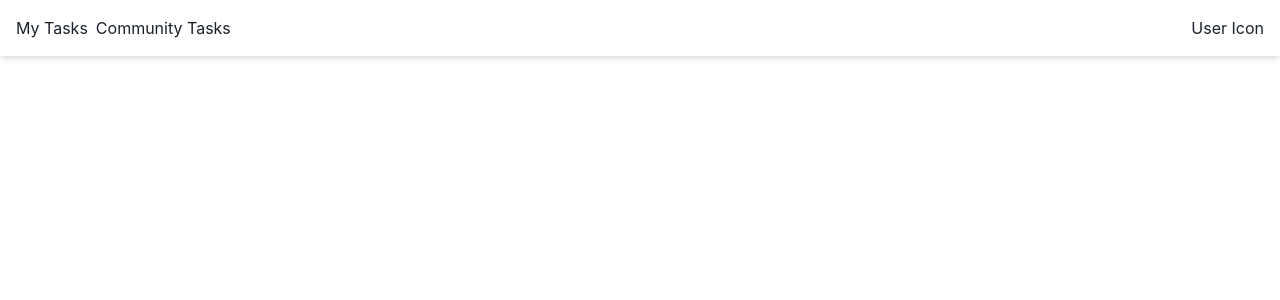
Repository: vbmn-cin-ufpe/todolist-front
Page: /home
The author's editor kept a copy of each file at every save. The page is drawn from the files as they stood at one save, then again after the next save.
The browser window is 1280 px wide. The pictures show the whole page.
The page's requests for data from a server got no answer. The project was rebuilt for these pictures with package versions that can differ from the ones it lists, and the page was loaded fresh each time. No one was signed in, and anything a server would have sent is missing. Also part of the build but not shown: vite.config.ts, src/pages/LoginPage.tsx, src/pages/RegisterPage.tsx.

Above is the page before, as saved 2024-07-23 03:46:14.

### src/main.tsx
import React from 'react'
import ReactDOM from 'react-dom/client'
import App from './App.tsx'
import { ChakraProvider } from '@chakra-ui/react';

ReactDOM.createRoot(document.getElementById('root')!).render(
  <React.StrictMode>
    <ChakraProvider>
      <App />
    </ChakraProvider>
  </React.StrictMode>,
)

### src/App.tsx

import { useState } from 'react';
import { BrowserRouter as Router, Route, Routes } from 'react-router-dom';
import LoginPage from './pages/LoginPage';
import RegisterPage from './pages/RegisterPage';
import HomePage from './pages/HomePage';


function App() {
  const [page, setPage] = useState('login');

  return (
    <>
      <Router>
      <Routes>
        <Route path="/" element={page === 'login' ? <LoginPage setPage={setPage} /> : <RegisterPage setPage={setPage} />} />
        <Route path="/home" element={<HomePage setPage={setPage} />} />
      </Routes>
    </Router>
    </>
  )
}

export default App

### src/pages/HomePage.tsx
import { useState, useEffect } from 'react';
import { Box, Button, VStack, HStack, Text, useToast, Spinner } from '@chakra-ui/react';
import axios from 'axios';


interface Task {
    id: string;
    name: string;
    description?: string;
    completed: boolean;
    priority: string;
    user: {
      id: string;
      email: string;
      name: string;
      password: string;
      createdAt: string;
      updatedAt: string;
    };
    completionDate?: Date;
    createdAt: string;
    updatedAt: string;
}


interface HomePageProps {
    setPage: (page: string) => void;
  }

const HomePage: React.FC<HomePageProps> = ({ setPage }) => {
    const [tasks, setTasks] = useState<Task[]>([]);
    const [loading, setLoading] = useState(true);
    const toast = useToast();

  const fetchTasks = async () => {
    try {
      const response = await axios.get('/api/tasks');
      setTasks(response.data);
      setLoading(false);
    } catch (error) {
      toast({ title: 'Failed to fetch tasks', status: 'error' });
      setLoading(false);
    }
  };

  useEffect(() => {
    fetchTasks();
  }, []);

  const handleComplete = async (taskId:string) => {
    try {
      await axios.patch(`/api/tasks/${taskId}/complete`);
      toast({ title: 'Task completed', status: 'success' });
      fetchTasks();
    } catch (error) {
      toast({ title: 'Failed to complete task', status: 'error' });
    }
  };

  const handleDelete = async (taskId:string) => {
    try {
      await axios.delete(`/api/tasks/${taskId}`);
      toast({ title: 'Task deleted', status: 'success' });
      fetchTasks();
    } catch (error) {
      toast({ title: 'Failed to delete task', status: 'error' });
    }
  };

  if (loading) {
    return <Spinner />;
  }

  return (
    <Box>
      <HStack justifyContent="space-between" p="4" boxShadow="md">
        <HStack>
          <Text cursor="pointer" onClick={() => fetchTasks()}>My Tasks</Text>
          <Text cursor="pointer" onClick={() => toast({ title: 'Community tasks not implemented', status: 'info' })}>Community Tasks</Text>
        </HStack>
        <Text>User Icon</Text>
      </HStack>
      <VStack spacing="4" mt="4">
        { tasks ?

        tasks.map(task => (
            <Box key={task.id} p="4" boxShadow="md" w="100%" maxW="400px">
              <HStack justifyContent="space-between">
                <Text>{task.name}</Text>
                <HStack>
                  <Button size="sm" onClick={() => handleComplete(task.id)}>Complete</Button>
                  <Button size="sm" onClick={() => handleDelete(task.id)}>Delete</Button>
                </HStack>
              </HStack>
            </Box>
          )) : "<div>Nenhuma task</div>"
        }
      </VStack>
    </Box>
  );
};

export default HomePage;

Loaded but not shown: index.html (common file)

After the next save:
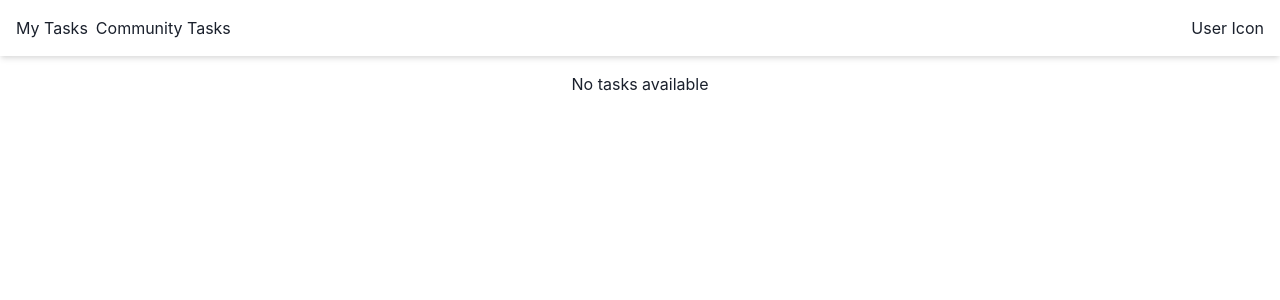
Saved 4 min 30 s later.
--- a/src/pages/HomePage.tsx
+++ b/src/pages/HomePage.tsx
@@ -2,40 +2,44 @@ import { useState, useEffect } from 'react';
 import { Box, Button, VStack, HStack, Text, useToast, Spinner } from '@chakra-ui/react';
 import axios from 'axios';
 
-
 interface Task {
+  id: string;
+  name: string;
+  description?: string;
+  completed: boolean;
+  priority: string;
+  user: {
     id: string;
+    email: string;
     name: string;
-    description?: string;
-    completed: boolean;
-    priority: string;
-    user: {
-      id: string;
-      email: string;
-      name: string;
-      password: string;
-      createdAt: string;
-      updatedAt: string;
-    };
-    completionDate?: Date;
+    password: string;
     createdAt: string;
     updatedAt: string;
+  };
+  completionDate?: Date;
+  createdAt: string;
+  updatedAt: string;
 }
 
-
 interface HomePageProps {
-    setPage: (page: string) => void;
-  }
+  setPage: (page: string) => void;
+}
 
 const HomePage: React.FC<HomePageProps> = ({ setPage }) => {
-    const [tasks, setTasks] = useState<Task[]>([]);
-    const [loading, setLoading] = useState(true);
-    const toast = useToast();
+  const [tasks, setTasks] = useState<Task[]>([]);
+  const [loading, setLoading] = useState(true);
+  const toast = useToast();
 
   const fetchTasks = async () => {
     try {
       const response = await axios.get('/api/tasks');
-      setTasks(response.data);
+      // Ensure response data is an array
+      if (Array.isArray(response.data)) {
+        setTasks(response.data);
+      } else {
+        setTasks([]);
+        toast({ title: 'Invalid tasks response', status: 'error' });
+      }
       setLoading(false);
     } catch (error) {
       toast({ title: 'Failed to fetch tasks', status: 'error' });
@@ -47,7 +51,7 @@ const HomePage: React.FC<HomePageProps> = ({ setPage }) => {
     fetchTasks();
   }, []);
 
-  const handleComplete = async (taskId:string) => {
+  const handleComplete = async (taskId: string) => {
     try {
       await axios.patch(`/api/tasks/${taskId}/complete`);
       toast({ title: 'Task completed', status: 'success' });
@@ -57,7 +61,7 @@ const HomePage: React.FC<HomePageProps> = ({ setPage }) => {
     }
   };
 
-  const handleDelete = async (taskId:string) => {
+  const handleDelete = async (taskId: string) => {
     try {
       await axios.delete(`/api/tasks/${taskId}`);
       toast({ title: 'Task deleted', status: 'success' });
@@ -81,9 +85,8 @@ const HomePage: React.FC<HomePageProps> = ({ setPage }) => {
         <Text>User Icon</Text>
       </HStack>
       <VStack spacing="4" mt="4">
-        { tasks ?
-
-        tasks.map(task => (
+        {tasks.length > 0 ? (
+          tasks.map(task => (
             <Box key={task.id} p="4" boxShadow="md" w="100%" maxW="400px">
               <HStack justifyContent="space-between">
                 <Text>{task.name}</Text>
@@ -93,8 +96,10 @@ const HomePage: React.FC<HomePageProps> = ({ setPage }) => {
                 </HStack>
               </HStack>
             </Box>
-          )) : "<div>Nenhuma task</div>"
-        }
+          ))
+        ) : (
+          <Text>No tasks available</Text>
+        )}
       </VStack>
     </Box>
   );
